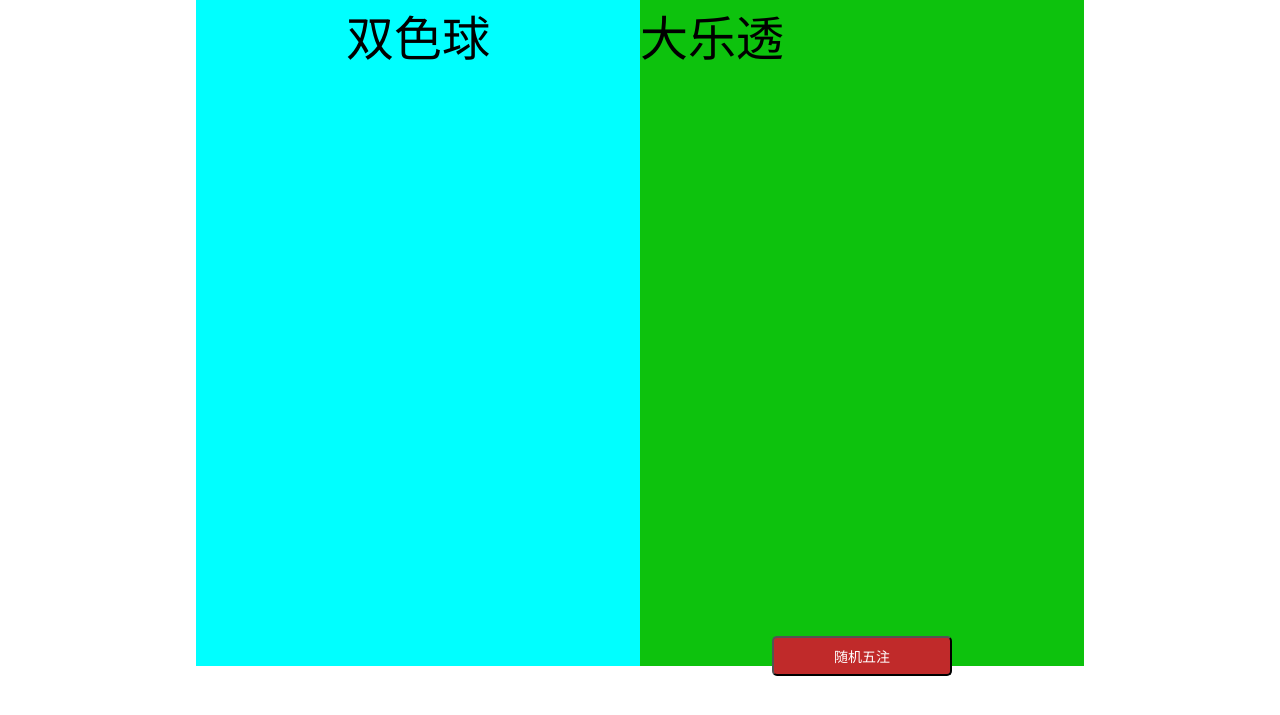
Repository: yz1181214391/caipiao-demo
Page: Cp.html
These files come from the project's save history. The page is drawn as it stood at one moment and after the next save; the edit follows.
The browser window is 1280 px wide. The pictures show the whole page.

Above is the page before, as saved 2020-12-14 10:43:02.

After the next save:
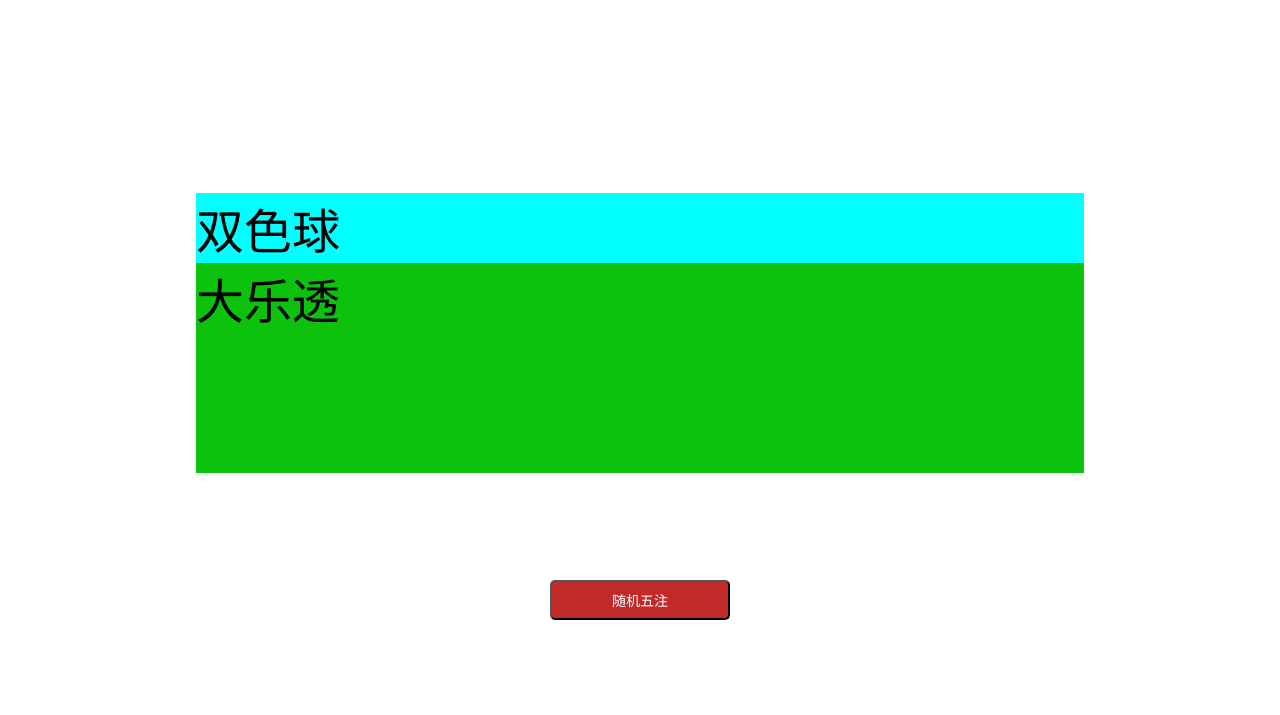
Saved 48 s later.
--- a/Cp.html
+++ b/Cp.html
@@ -25,10 +25,12 @@
         margin: 0 auto;
         width: 888px;
         height: 666px;
+        display: flex;
+        flex-direction: row;
     }
     .cp-flex{
         display: flex;
-        flex-direction: row;
+        flex-direction: column;
         justify-content: center;
     }
     .cp-font{

After the save that followed:
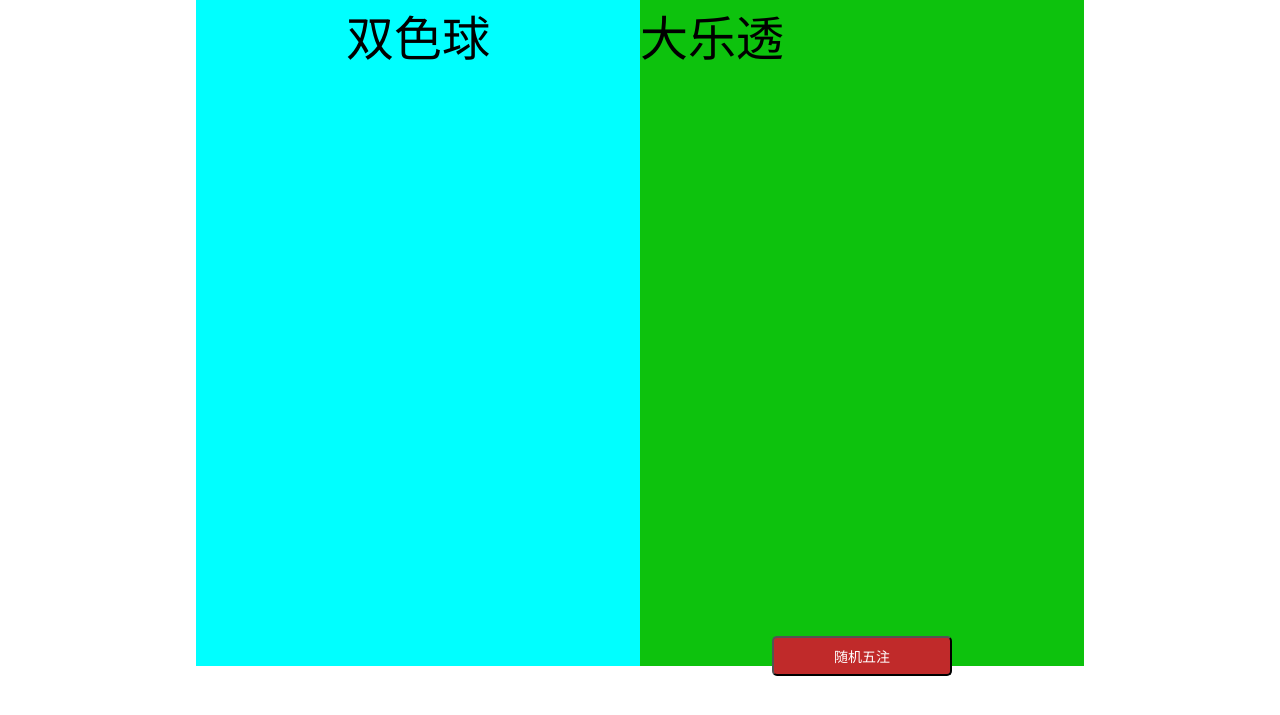
Saved 41 s later.
--- a/Cp.html
+++ b/Cp.html
@@ -26,11 +26,11 @@
         width: 888px;
         height: 666px;
         display: flex;
-        flex-direction: row;
+        flex-direction: column;
     }
     .cp-flex{
         display: flex;
-        flex-direction: column;
+        flex-direction: row;
         justify-content: center;
     }
     .cp-font{
